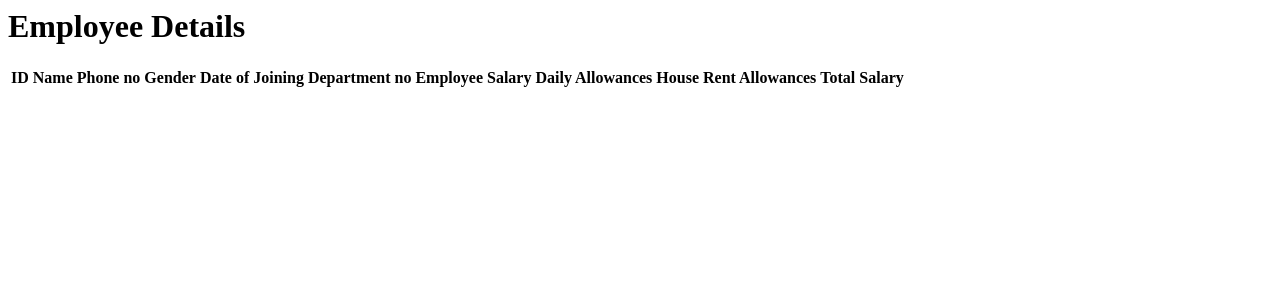
Repository: projects-collab/SpringBoot
Page: http://localhost/EmployeeDetails
An editor plug-in stored every save of this project. The page is shown before and after the next save, followed by the edit.
The browser window is 1280 px wide. The pictures show the whole page.
The page is this project's Thymeleaf template; nobody is signed in. The template is opened directly, without the code that normally fills it, so the values that code supplies are empty.

Above is the page before, as saved 2024-12-22 11:43:58.

### Springbootemployeeproject/src/main/resources/templates/EmployeeDetails.html
<html>
	<head>
		<title>Employee Details</title>
	</head>
	<body>
		<div>
		<h1>Employee Details</h1>
		<table>
			<thead>
				<tr>
					<th>ID</th>
					<th>Name</th>
					<th>Phone no</th>
					<th>Gender</th>
					<th>Date of Joining</th>
					<th>Department no</th>
					<th>Employee Salary</th>
					<th>Daily Allowances</th>
					<th>House Rent Allowances</th>
					<th>Total Salary</th>

				</tr>
			</thead>
			<tbody>
				<tr th:each="employee : ${Employees}">
					<td th:text="${employee.id}"></td>
					<td th:text="${employee.name}"></td>
					<td th:text="${employee.phoneno}"></td>
					<td th:text="${employee.gender}"></td>
					<td th:text="${employee.doj}"></td>
					<td th:text="${employee.deptno}"></td>
					<td th:text="${employee.salary}"></td>
					<td th:text="${employee.da}"></td>
					<td th:text="${employee.hra}"></td>
					<td th:text="${employee.totalsalary}"></td>
				</tr>
			</tbody>
		</table>
		</div>
	</body>
</html>

After the next save:
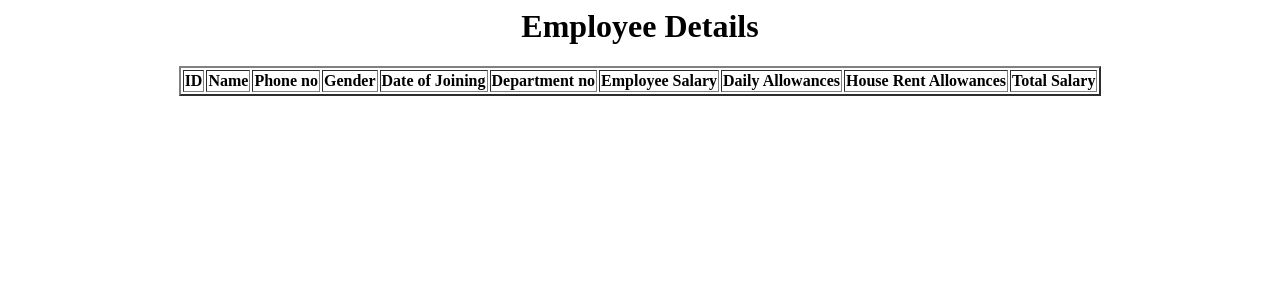
Saved 2 min 55 s later.
--- a/Springbootemployeeproject/src/main/resources/templates/EmployeeDetails.html
+++ b/Springbootemployeeproject/src/main/resources/templates/EmployeeDetails.html
@@ -3,9 +3,10 @@
 		<title>Employee Details</title>
 	</head>
 	<body>
+		<center>
 		<div>
 		<h1>Employee Details</h1>
-		<table>
+		<table border="2">
 			<thead>
 				<tr>
 					<th>ID</th>
@@ -36,6 +37,7 @@
 				</tr>
 			</tbody>
 		</table>
-		</div>
+	   </div>
+	  </center>
 	</body>
 </html>
